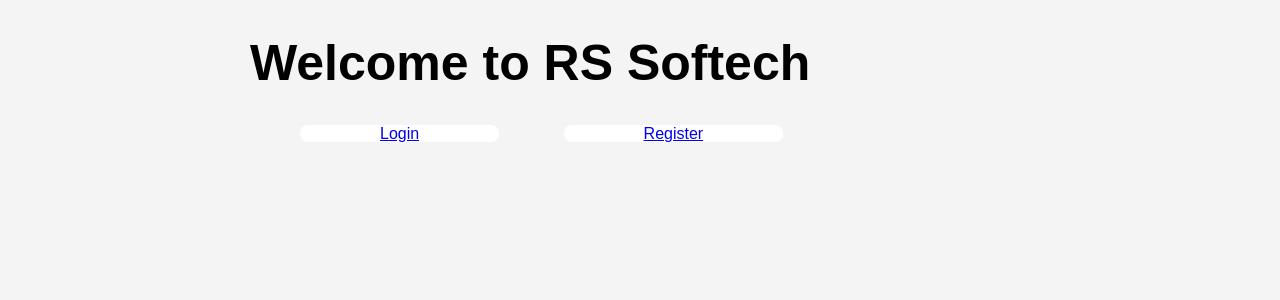
Repository: snehal-shinde151/my_repo
Page: classpro/src/main/webapp/welcome.html
An editor plug-in stored every save of this project. The page is shown before and after the next save, followed by the edit.
The browser window is 1280 px wide. The pictures show the whole page.

Above is the page before, as saved 2025-03-11 04:08:13.

### classpro/src/main/webapp/welcome.html
<!DOCTYPE html>
<html>
<head>
<meta charset="UTF-8">
<title>Welcome Page</title>
</head>
<body>

<style>
 body{
   font-family:arial;
   background-color:#f4f4f4;
   margin-left:250px;
   padding:0px;
 }
 .btn{
 width:10px;
 height:40px;
 margin:10px;
 margin-left:50px;
 padding-left:80px;
 padding-right:80px;
 background-color:white;
 border-radius:8px;
 }
 h1{
  font-size:50px;
 }

</style>
  <h1> Welcome to RS Softech</h1>
   <label for="student"></label>
  <a class="btn"  value="Login" href="login.html">Login</a>

    <a class="btn" value="Register" href="Registration.html">Register</a>

</body>
</html>

After the next save:
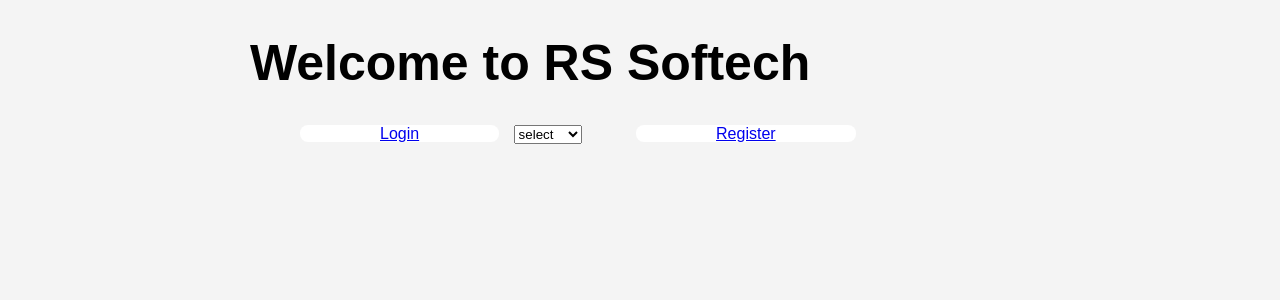
Saved 12 s later.
--- a/classpro/src/main/webapp/welcome.html
+++ b/classpro/src/main/webapp/welcome.html
@@ -31,7 +31,11 @@
   <h1> Welcome to RS Softech</h1>
    <label for="student"></label>
   <a class="btn"  value="Login" href="login.html">Login</a>
-
+    <select name="role">
+           <option value="select">select</option>
+			<option value="STUDENT">Student</option>
+			<option value="ADMIN">Admin</option>
+            </select>
     <a class="btn" value="Register" href="Registration.html">Register</a>
 
 </body>
